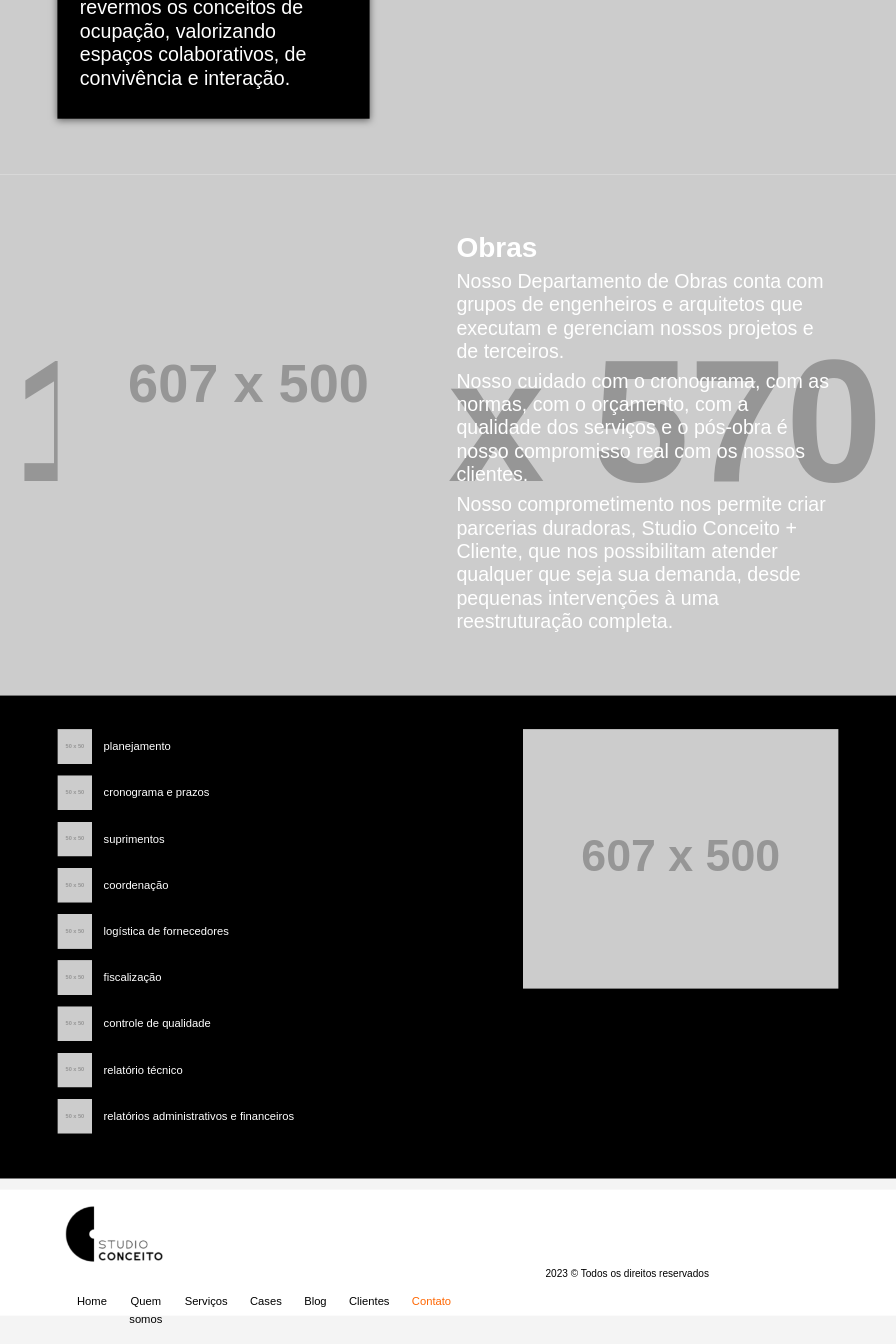
Repository: Upstairs-Agencia/studio-conceito-react
Page: /servicos
An editor plug-in stored every save of this project. The page is shown before and after the next save, followed by the edit.
The browser window is 1280 px wide. The pictures show the part of the page from y = 1611 to 3531 px (the page is 3551 px tall before and 4241 px after), at 70% of full size.
The project was rebuilt for these pictures with package versions that can differ from the ones it lists, and the page was loaded fresh each time. Also part of the build but not shown: src/pages/Home.js, src/styles/quemsomos.css, src/pages/QuemSomos.js, src/styles/cases.css, src/pages/Cases.js, src/pages/Blog.js, src/pages/Clientes.js, src/pages/Contato.js.

Above is the page before, as saved 2024-12-29 12:12:59.

After the next save:
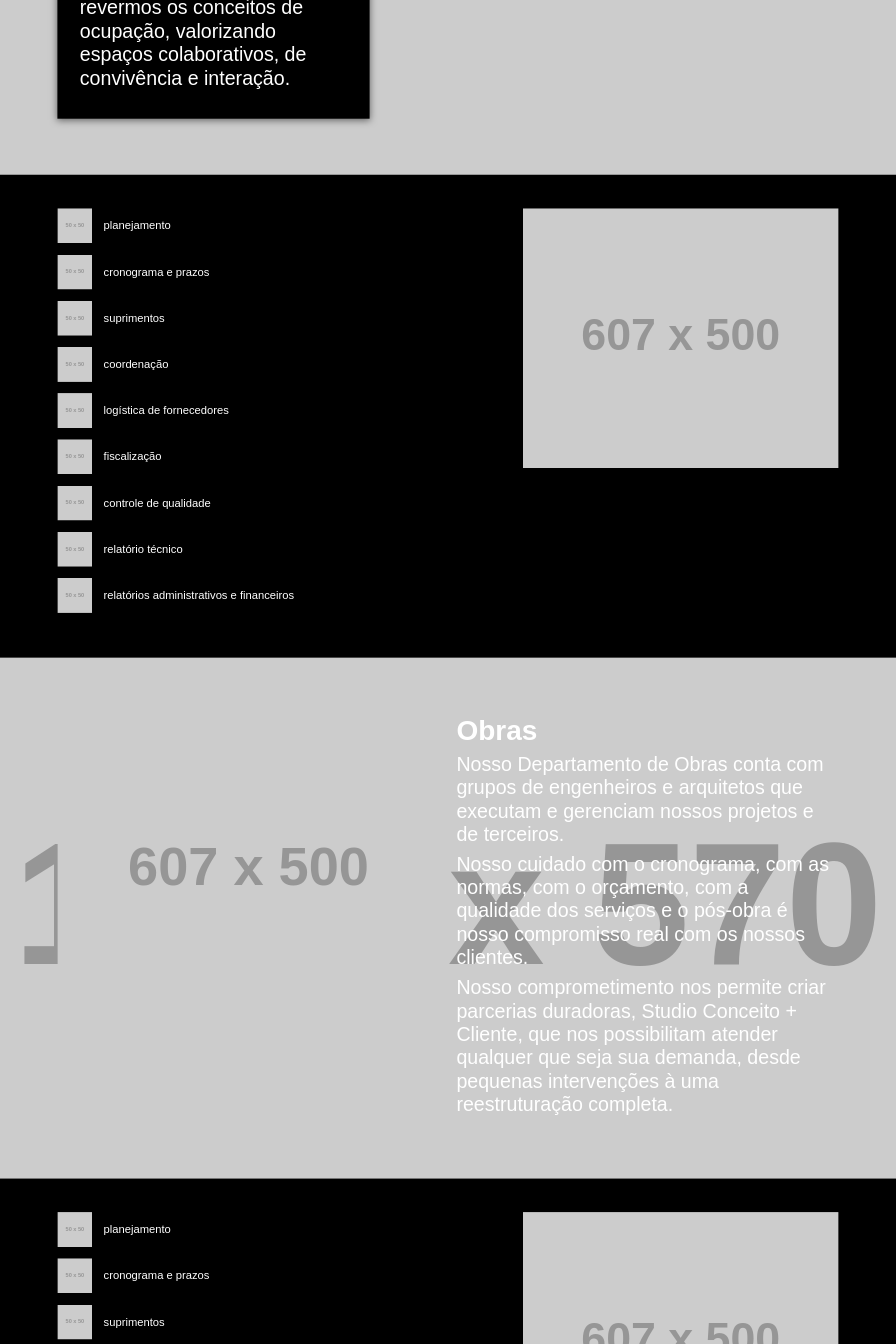
Saved 56 s later.
--- a/src/pages/Servicos.js
+++ b/src/pages/Servicos.js
@@ -88,41 +88,9 @@ const Servicos = () => {
         </MDBContainer>
       </section>
 
-      {/* Sessão Obras */}
-      <section
-        style={{
-          backgroundImage: `url(${placeholderImage2})`,
-          backgroundSize: 'cover',
-          backgroundPosition: 'center',
-          padding: '5rem 0',
-        }}
-      >
-        <MDBContainer>
-          <MDBRow>
-            <MDBCol md="6">
-              <img
-                src={placeholderImage1}
-                alt="Obras"
-                style={{ width: '100%', height: 'auto' }}
-              />
-            </MDBCol>
-            <MDBCol md="6" className="text-white">
-              <h1 className="fw-bold">Obras</h1>
-              <h3>
-                Nosso Departamento de Obras conta com grupos de engenheiros e arquitetos que executam e gerenciam nossos projetos e de terceiros.
-              </h3>
-              <h3>
-                Nosso cuidado com o cronograma, com as normas, com o orçamento, com a qualidade dos serviços e o pós-obra é nosso compromisso real com os nossos clientes.
-              </h3>
-              <h3>
-                Nosso comprometimento nos permite criar parcerias duradoras, Studio Conceito + Cliente, que nos possibilitam atender qualquer que seja sua demanda, desde pequenas intervenções à uma reestruturação completa.
-              </h3>
-            </MDBCol>
-          </MDBRow>
-        </MDBContainer>
-      </section>
-
-      {/* Sessão Planejamento e Coordenação */}
+
+
+
       <section className="bg-black text-white py-5">
         <MDBContainer>
           <MDBRow>
@@ -162,6 +130,84 @@ const Servicos = () => {
         </MDBContainer>
       </section>
 
+
+
+
+
+      {/* Sessão Obras */}
+      <section
+        style={{
+          backgroundImage: `url(${placeholderImage2})`,
+          backgroundSize: 'cover',
+          backgroundPosition: 'center',
+          padding: '5rem 0',
+        }}
+      >
+        <MDBContainer>
+          <MDBRow>
+            <MDBCol md="6">
+              <img
+                src={placeholderImage1}
+                alt="Obras"
+                style={{ width: '100%', height: 'auto' }}
+              />
+            </MDBCol>
+            <MDBCol md="6" className="text-white">
+              <h1 className="fw-bold">Obras</h1>
+              <h3>
+                Nosso Departamento de Obras conta com grupos de engenheiros e arquitetos que executam e gerenciam nossos projetos e de terceiros.
+              </h3>
+              <h3>
+                Nosso cuidado com o cronograma, com as normas, com o orçamento, com a qualidade dos serviços e o pós-obra é nosso compromisso real com os nossos clientes.
+              </h3>
+              <h3>
+                Nosso comprometimento nos permite criar parcerias duradoras, Studio Conceito + Cliente, que nos possibilitam atender qualquer que seja sua demanda, desde pequenas intervenções à uma reestruturação completa.
+              </h3>
+            </MDBCol>
+          </MDBRow>
+        </MDBContainer>
+      </section>
+
+      {/* Sessão Planejamento e Coordenação */}
+      <section className="bg-black text-white py-5">
+        <MDBContainer>
+          <MDBRow>
+            <MDBCol md="7">
+              <ul className="list-unstyled">
+                {[
+                  "planejamento",
+                  "cronograma e prazos",
+                  "suprimentos",
+                  "coordenação",
+                  "logística de fornecedores",
+                  "fiscalização",
+                  "controle de qualidade",
+                  "relatório técnico",
+                  "relatórios administrativos e financeiros"
+                ].map((item, index) => (
+                  <li key={index} className="d-flex align-items-center mb-3">
+                    <img
+                      src={placeholderTopicImage}
+                      alt="Ícone"
+                      className="me-3"
+                      style={{ width: '50px', height: '50px' }}
+                    />
+                    <span>{item}</span>
+                  </li>
+                ))}
+              </ul>
+            </MDBCol>
+            <MDBCol md="5">
+              <img
+                src={placeholderImage1}
+                alt="Imagem de composição"
+                style={{ width: '100%', height: 'auto' }}
+              />
+            </MDBCol>
+          </MDBRow>
+        </MDBContainer>
+      </section>
+
       <Footer />
     </div>
   );
